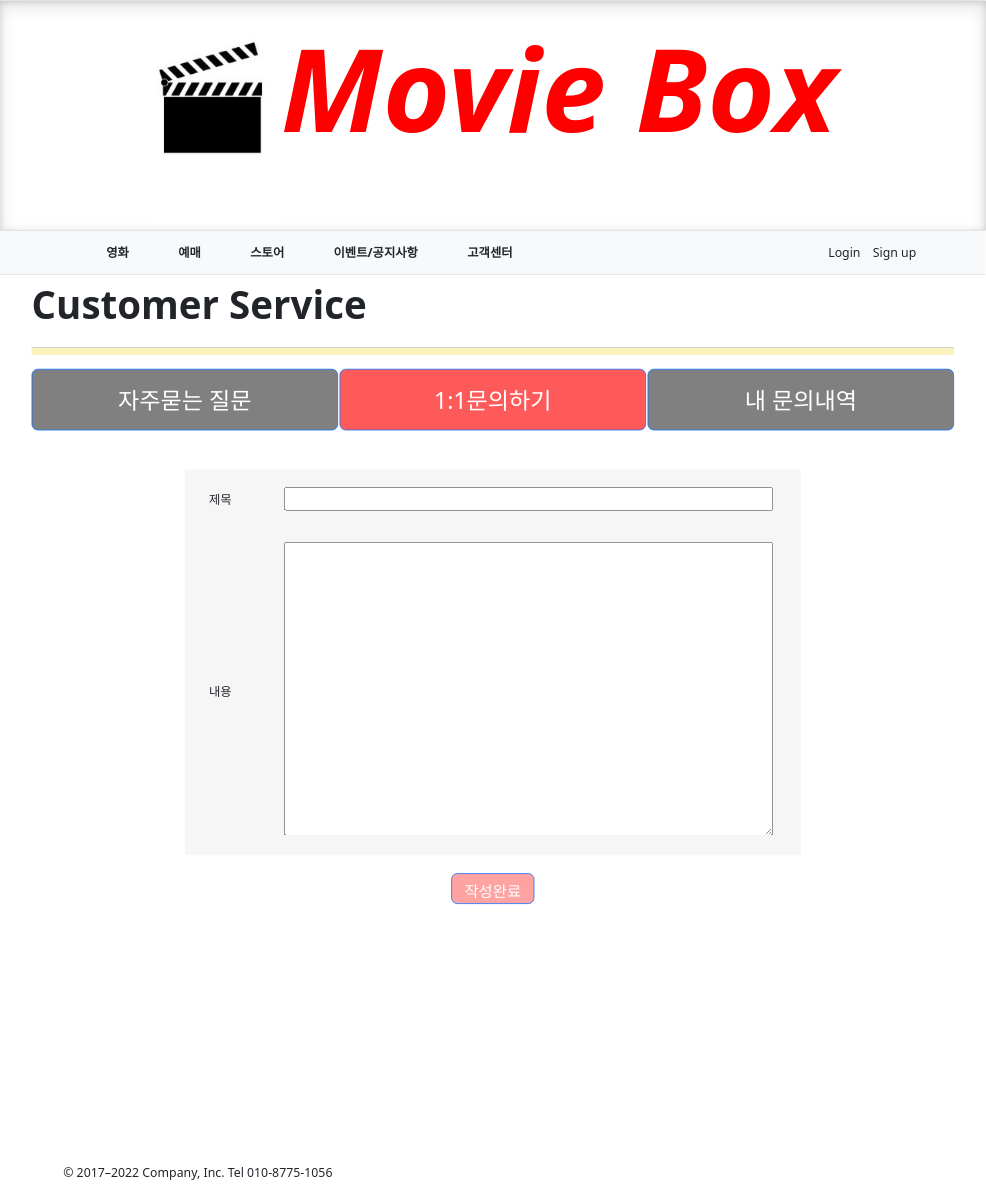
Repository: SpearManCN/MovieBox-2nd-Project-
Page: http://localhost/prj_01/WEB-INF/views/serviceQnA.jsp
These files come from the project's save history. The page is drawn as it stood at one moment and after the next save; the edit follows.
The browser window is 1280 px wide. The pictures show the whole page, at 77% of full size.
The page is served by Tomcat 9. Nobody is signed in. The template is opened directly, without the code that normally fills it, so the values that code supplies are empty.

Above is the page before, as saved 2022-12-13 16:18:44.

After the next save:
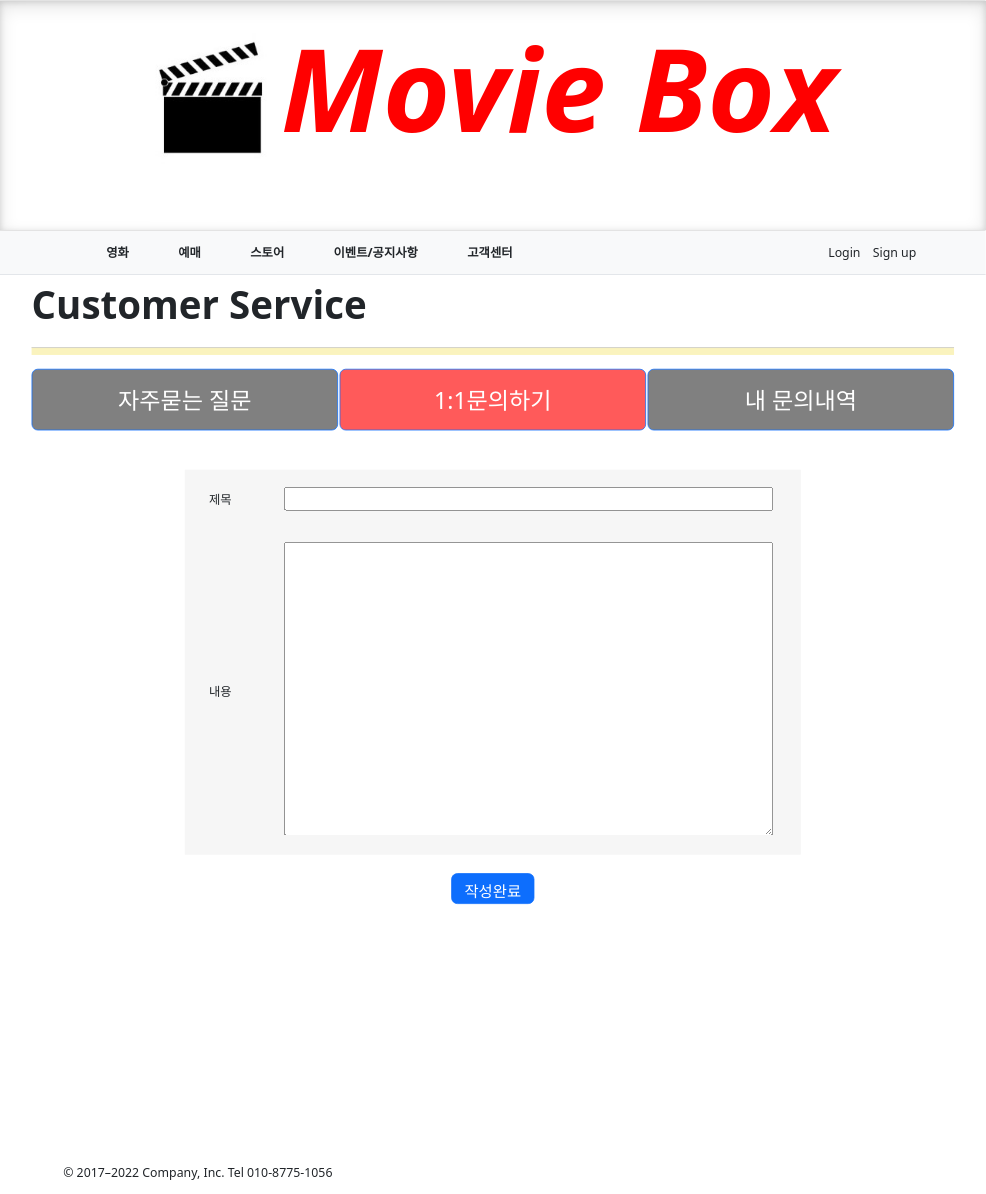
Saved 25 s later.
--- a/Second project/prj_01/src/main/webapp/WEB-INF/views/serviceQnA.jsp
+++ b/Second project/prj_01/src/main/webapp/WEB-INF/views/serviceQnA.jsp
@@ -66,7 +66,7 @@
 </table>
 <br>
 <div align="center">
-	<button onclick="goServiceForm();" type="button" class="btn btn-primary btn-lg" style="height:40px; background-color:#FFA2A2;">
+	<button onclick="goServiceForm();" type="button" class="btn btn-primary btn-lg" style="height:40px;">
 	<span style="font-size:; ">작성완료</span></button>
 </div>
 
